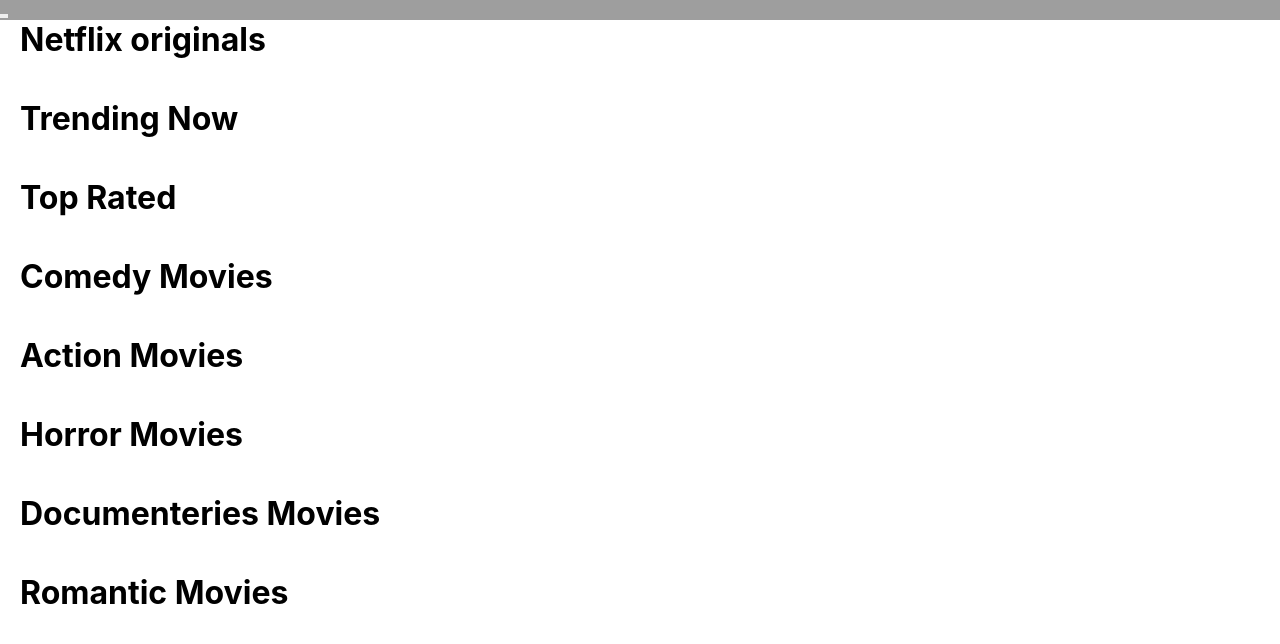
Repository: ramtoppo12/movieApp
Page: /
An editor plug-in stored every save of this project. The page is shown before and after the next save, followed by the edit.
The browser window is 1280 px wide. The pictures show the whole page.
Pictures or frames that could not be fetched are drawn as grey boxes. The page's requests for data from a server got no answer. The project was rebuilt for these pictures with package versions that can differ from the ones it lists, and the page was loaded fresh each time. No one was signed in, and anything a server would have sent is missing. Also part of the build but not shown: src/App.css, src/banner.css.

Above is the page before, as saved 2020-11-09 22:25:54.

After the next save:
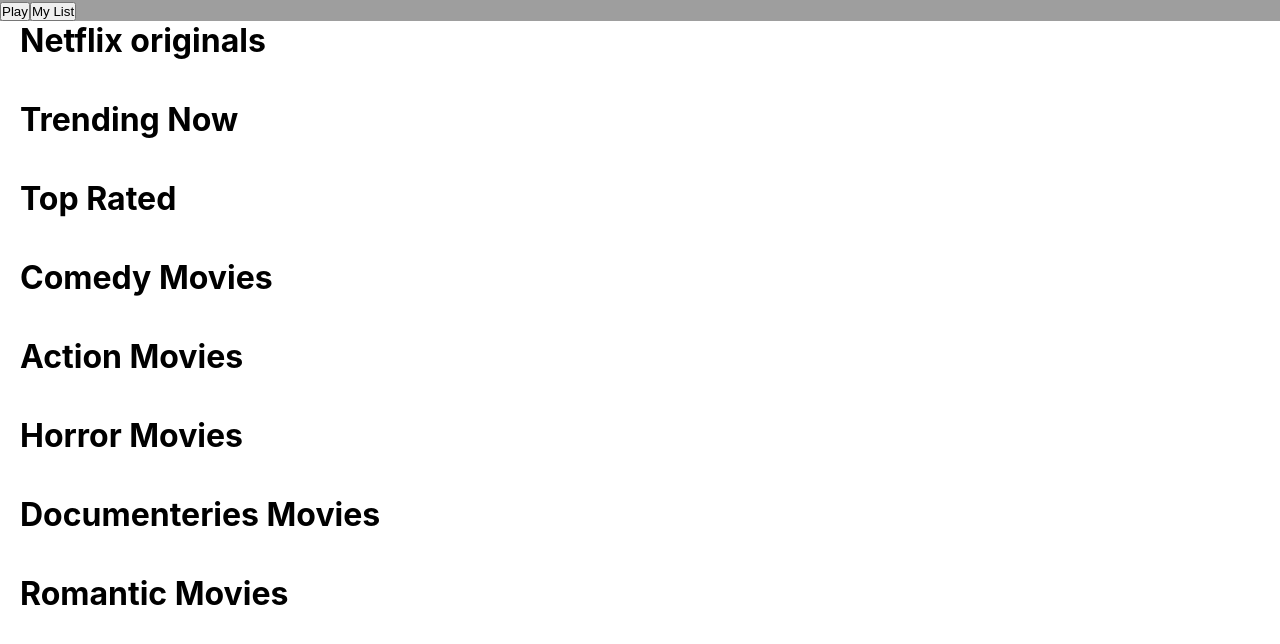
Saved 22 s later.
--- a/src/Banner.js
+++ b/src/Banner.js
@@ -28,10 +28,10 @@
     <h1>{movie?.title || movie?.name || movie?.original_name}</h1>
     <div className="banner__buttons">
     <button className="banner__button">
-
+    Play
     </button>
     <button className="banner__button">
-
+    My List
     </button>
     </div>
             </div>
